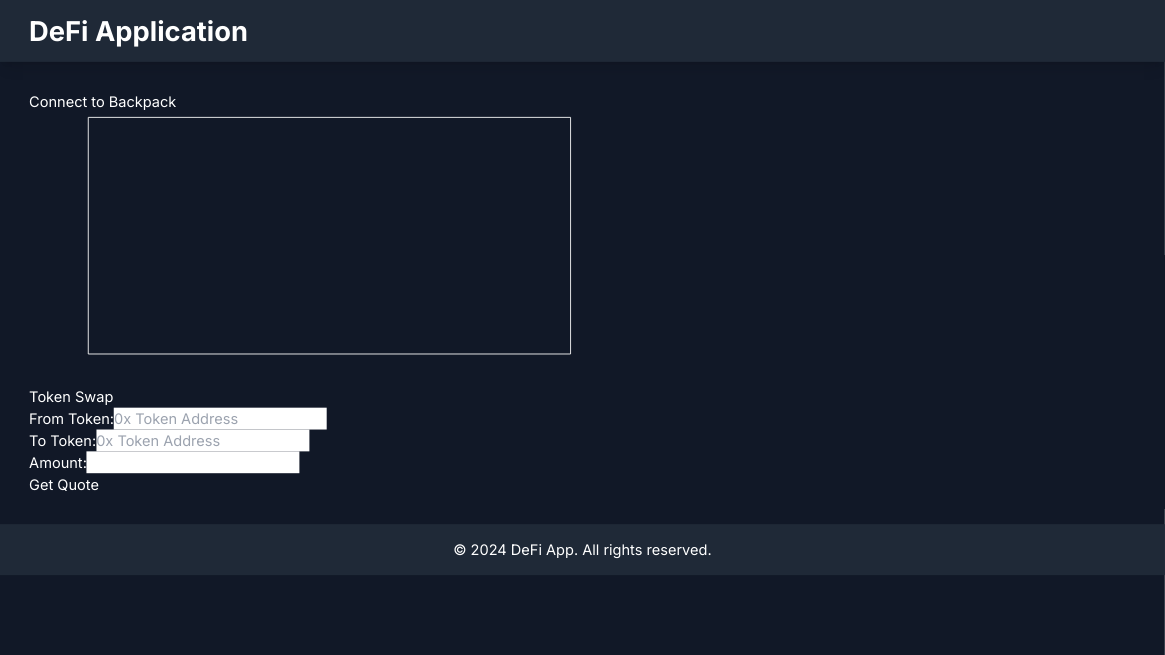
Repository: AllMightLegend/defi-token-swapping-app
Page: /
An editor plug-in stored every save of this project. The page is shown before and after the next save, followed by the edit.
The browser window is 1280 px wide. The pictures show the whole page, at 91% of full size.
The page's requests for data from a server got no answer. The project was rebuilt for these pictures with package versions that can differ from the ones it lists, and the page was loaded fresh each time. The framework's server and built-in components were replaced by stand-ins that run in the browser. No one was signed in, and anything a server would have sent is missing. Also part of the build but not shown: next.config.mjs.

Above is the page before, as saved 2024-08-27 15:46:46.

### app/page.tsx
"use client"; // This ensures the component is treated as a client component

import React from 'react';
import WalletConnector from '../components/WalletConnector';
import PriceChart from '../components/PriceChart';
import SwapComponent from '../components/SwapComponent';
import Layout from '../components/Layout';

const Home: React.FC = () => {
  return (
    <Layout>
      <WalletConnector />
      <PriceChart />
      <SwapComponent />
    </Layout>
  );
};

export default Home;

### components/WalletConnector.tsx
import React, { useState, useEffect } from 'react';
import { Connection, PublicKey, clusterApiUrl } from '@solana/web3.js';

const WalletConnector: React.FC = () => {
  const [walletAddress, setWalletAddress] = useState<string | null>(null);

  const connectWallet = async () => {
    try {
      const { solana } = window as any;
      if (solana && solana.isPhantom) {
        const response = await solana.connect();
        setWalletAddress(response.publicKey.toString());

        // Optionally, establish a connection to the Solana network
        const connection = new Connection(clusterApiUrl('mainnet-beta'));
        console.log('Connected to wallet:', response.publicKey.toString());

        // You can now use the connection to interact with the Solana network
      } else {
        alert('Please install Backpack wallet to use this app.');
      }
    } catch (error) {
      console.error('Error connecting to Backpack wallet:', error);
    }
  };

  useEffect(() => {
    const { solana } = window as any;
    if (solana && solana.isPhantom) {
      solana.on('accountChanged', (publicKey: PublicKey) => {
        setWalletAddress(publicKey ? publicKey.toString() : null);
      });
    }
  }, []);

  return (
    <div>
      <button onClick={connectWallet}>
        {walletAddress ? `Connected: ${walletAddress}` : 'Connect to Backpack'}
      </button>
    </div>
  );
};

export default WalletConnector;

### components/PriceChart.tsx
import React, { useState, useEffect } from 'react';
import { LineChart, Line, XAxis, YAxis, Tooltip, CartesianGrid } from 'recharts';
import axios from 'axios';

const PriceChart: React.FC = () => {
  const [data, setData] = useState([]);

  useEffect(() => {
    const fetchData = async () => {
      const result = await axios.get('https://api.coingecko.com/api/v3/coins/bitcoin/market_chart', {
        params: {
          vs_currency: 'usd',
          days: '7',
        },
      });
      const formattedData = result.data.prices.map((price: number[]) => ({
        time: new Date(price[0]).toLocaleDateString(),
        price: price[1],
      }));
      setData(formattedData);
    };
    fetchData();
  }, []);

  return (
    <LineChart width={600} height={300} data={data}>
      <XAxis dataKey="time" />
      <YAxis />
      <Tooltip />
      <CartesianGrid stroke="#f5f5f5" />
      <Line type="monotone" dataKey="price" stroke="#ff7300" yAxisId={0} />
    </LineChart>
  );
};

export default PriceChart;

### components/SwapComponent.tsx
import React, { useState, useEffect } from 'react';
import axios from 'axios';
import { ethers } from 'ethers';

const SwapComponent: React.FC = () => {
  const [fromToken, setFromToken] = useState('');
  const [toToken, setToToken] = useState('');
  const [amount, setAmount] = useState('0');
  const [quote, setQuote] = useState<any>(null);

  const handleQuoteFetch = async () => {
    try {
      const response = await axios.get(`https://api.0x.org/swap/v1/quote`, {
        params: {
          buyToken: toToken,
          sellToken: fromToken,
          sellAmount: ethers.utils.parseUnits(amount, 18).toString(),
        },
      });
      setQuote(response.data);
    } catch (error) {
      console.error('Error fetching quote:', error);
    }
  };

  const handleSwap = async () => {
    if (!quote) return;
    try {
      const provider = new ethers.providers.Web3Provider(window.ethereum);
      const signer = provider.getSigner();
      const txResponse = await signer.sendTransaction({
        to: quote.to,
        data: quote.data,
        value: ethers.BigNumber.from(quote.value),
        gasLimit: ethers.BigNumber.from(quote.gas),
        gasPrice: ethers.BigNumber.from(quote.gasPrice),
      });
      await txResponse.wait();
      alert('Swap executed successfully');
    } catch (error) {
      console.error('Swap execution error:', error);
      alert('Swap execution failed');
    }
  };

  return (
    <div>
      <h2>Token Swap</h2>
      <div>
        <label>
          From Token:
          <input
            type="text"
            value={fromToken}
            onChange={(e) => setFromToken(e.target.value)}
            placeholder="0x Token Address"
          />
        </label>
      </div>
      <div>
        <label>
          To Token:
          <input
            type="text"
            value={toToken}
            onChange={(e) => setToToken(e.target.value)}
            placeholder="0x Token Address"
          />
        </label>
      </div>
      <div>
        <label>
          Amount:
          <input
            type="number"
            value={amount}
            onChange={(e) => setAmount(e.target.value)}
          />
        </label>
      </div>
      <button onClick={handleQuoteFetch}>Get Quote</button>

      {quote && (
        <div>
          <h3>Quote Details</h3>
          <p>Buy Amount: {ethers.utils.formatUnits(quote.buyAmount, 18)}</p>
          <button onClick={handleSwap}>Swap</button>
        </div>
      )}
    </div>
  );
};

export default SwapComponent;

### components/Layout.tsx
import React from 'react';

const Layout: React.FC<{ children: React.ReactNode }> = ({ children }) => {
  return (
    <div className="min-h-screen bg-gray-900 text-white">
      <header className="py-4 px-8 bg-gray-800 shadow-lg">
        <h1 className="text-3xl font-bold">DeFi Application</h1>
      </header>
      <main className="container mx-auto p-8">
        {children}
      </main>
      <footer className="py-4 px-8 bg-gray-800 text-center">
        <p>&copy; 2024 DeFi App. All rights reserved.</p>
      </footer>
    </div>
  );
};

export default Layout;

Loaded but not shown: app/layout.tsx (common file); app/globals.css (common file); tailwind.config.js (common file)

After the next save:
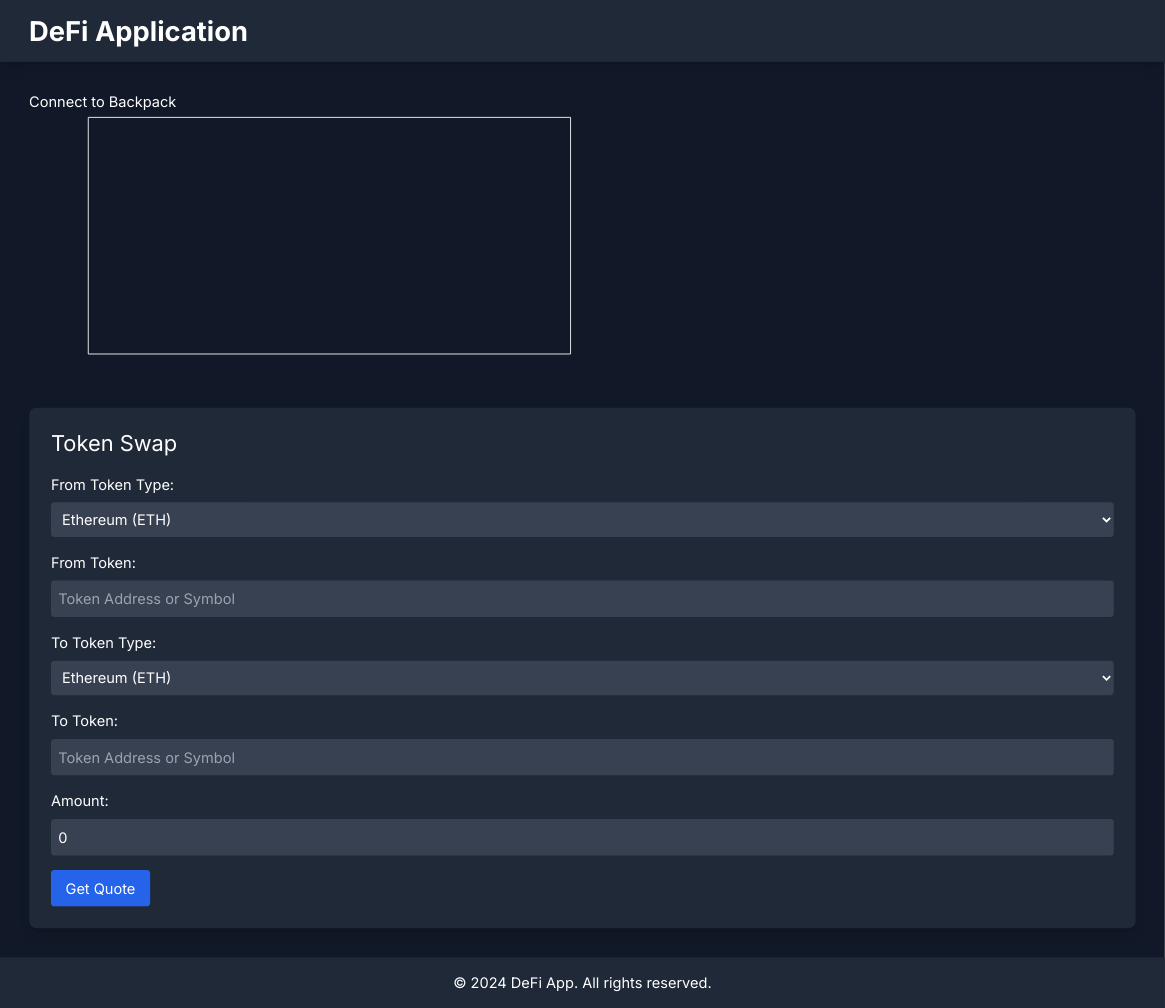
Saved 3 min 47 s later.
--- a/components/SwapComponent.tsx
+++ b/components/SwapComponent.tsx
@@ -1,4 +1,4 @@
-import React, { useState, useEffect } from 'react';
+import React, { useState } from 'react';
 import axios from 'axios';
 import { ethers } from 'ethers';
 
@@ -6,11 +6,30 @@
   const [fromToken, setFromToken] = useState('');
   const [toToken, setToToken] = useState('');
   const [amount, setAmount] = useState('0');
+  const [fromTokenType, setFromTokenType] = useState('ETH'); // default to ETH
+  const [toTokenType, setToTokenType] = useState('ETH'); // default to ETH
   const [quote, setQuote] = useState<any>(null);
 
   const handleQuoteFetch = async () => {
+    let apiURL;
+    switch (fromTokenType) {
+      case 'ETH':
+      case 'ERC20':
+        apiURL = 'https://api.0x.org/swap/v1/quote';
+        break;
+      case 'SOL':
+        apiURL = 'https://solana-api.xyz/quote'; // hypothetical Solana swap API
+        break;
+      case 'BTC':
+        apiURL = 'https://btc-api.xyz/quote'; // hypothetical Bitcoin swap API
+        break;
+      // Add more cases for other token types
+      default:
+        throw new Error('Unsupported token type');
+    }
+
     try {
-      const response = await axios.get(`https://api.0x.org/swap/v1/quote`, {
+      const response = await axios.get(apiURL, {
         params: {
           buyToken: toToken,
           sellToken: fromToken,
@@ -44,47 +63,82 @@
   };
 
   return (
-    <div>
-      <h2>Token Swap</h2>
-      <div>
-        <label>
-          From Token:
-          <input
-            type="text"
-            value={fromToken}
-            onChange={(e) => setFromToken(e.target.value)}
-            placeholder="0x Token Address"
-          />
-        </label>
+    <div className="bg-gray-800 p-6 rounded-lg shadow-lg mt-6">
+      <h2 className="text-2xl mb-4">Token Swap</h2>
+      <div className="mb-4">
+        <label className="block mb-2">From Token Type:</label>
+        <select
+          value={fromTokenType}
+          onChange={(e) => setFromTokenType(e.target.value)}
+          className="w-full p-2 rounded bg-gray-700 text-white"
+        >
+          <option value="ETH">Ethereum (ETH)</option>
+          <option value="SOL">Solana (SOL)</option>
+          <option value="BTC">Bitcoin (BTC)</option>
+          <option value="ERC20">ERC-20 Token</option>
+          {/* Add more options as needed */}
+        </select>
       </div>
-      <div>
-        <label>
-          To Token:
-          <input
-            type="text"
-            value={toToken}
-            onChange={(e) => setToToken(e.target.value)}
-            placeholder="0x Token Address"
-          />
-        </label>
+      <div className="mb-4">
+        <label className="block mb-2">From Token:</label>
+        <input
+          type="text"
+          value={fromToken}
+          onChange={(e) => setFromToken(e.target.value)}
+          className="w-full p-2 rounded bg-gray-700 text-white"
+          placeholder="Token Address or Symbol"
+        />
       </div>
-      <div>
-        <label>
-          Amount:
-          <input
-            type="number"
-            value={amount}
-            onChange={(e) => setAmount(e.target.value)}
-          />
-        </label>
+      <div className="mb-4">
+        <label className="block mb-2">To Token Type:</label>
+        <select
+          value={toTokenType}
+          onChange={(e) => setToTokenType(e.target.value)}
+          className="w-full p-2 rounded bg-gray-700 text-white"
+        >
+          <option value="ETH">Ethereum (ETH)</option>
+          <option value="SOL">Solana (SOL)</option>
+          <option value="BTC">Bitcoin (BTC)</option>
+          <option value="ERC20">ERC-20 Token</option>
+          {/* Add more options as needed */}
+        </select>
       </div>
-      <button onClick={handleQuoteFetch}>Get Quote</button>
+      <div className="mb-4">
+        <label className="block mb-2">To Token:</label>
+        <input
+          type="text"
+          value={toToken}
+          onChange={(e) => setToToken(e.target.value)}
+          className="w-full p-2 rounded bg-gray-700 text-white"
+          placeholder="Token Address or Symbol"
+        />
+      </div>
+      <div className="mb-4">
+        <label className="block mb-2">Amount:</label>
+        <input
+          type="number"
+          value={amount}
+          onChange={(e) => setAmount(e.target.value)}
+          className="w-full p-2 rounded bg-gray-700 text-white"
+        />
+      </div>
+      <button
+        onClick={handleQuoteFetch}
+        className="px-4 py-2 bg-blue-600 rounded hover:bg-blue-700 transition duration-300"
+      >
+        Get Quote
+      </button>
 
       {quote && (
-        <div>
-          <h3>Quote Details</h3>
+        <div className="mt-4">
+          <h3 className="text-xl mb-2">Quote Details</h3>
           <p>Buy Amount: {ethers.utils.formatUnits(quote.buyAmount, 18)}</p>
-          <button onClick={handleSwap}>Swap</button>
+          <button
+            onClick={handleSwap}
+            className="px-4 py-2 mt-2 bg-green-600 rounded hover:bg-green-700 transition duration-300"
+          >
+            Swap
+          </button>
         </div>
       )}
     </div>
